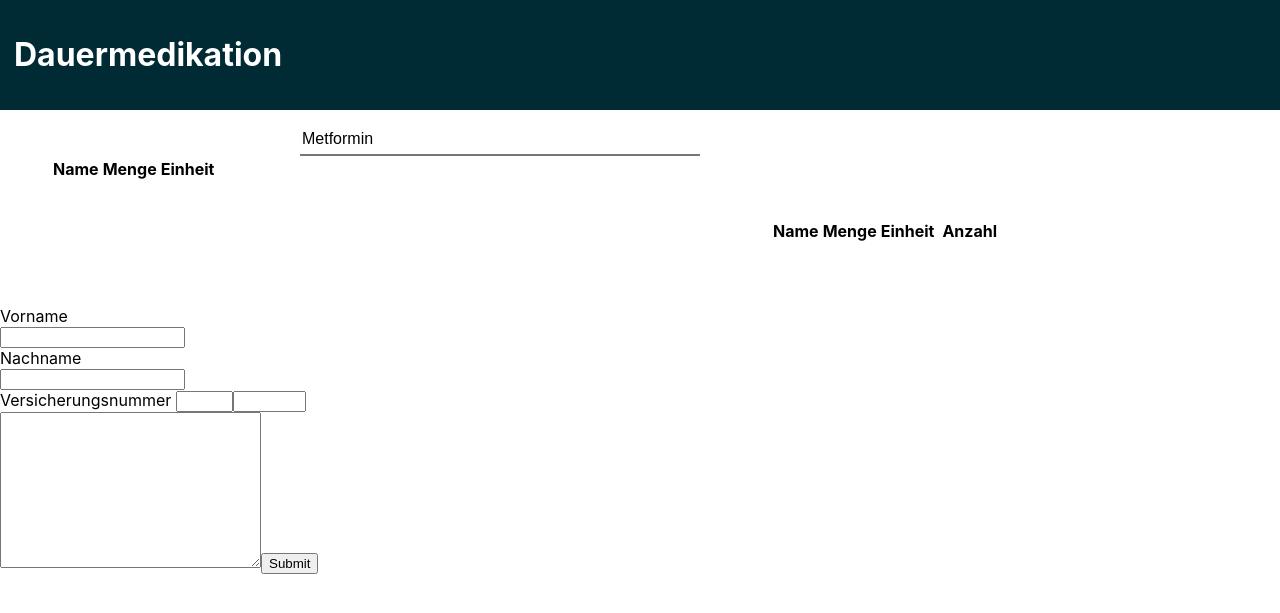
Repository: Esatollah/MedDemo
Page: / (app in client/)
An editor plug-in stored every save of this project. The page is shown before and after the next save, followed by the edit.
The browser window is 1280 px wide. The pictures show the whole page.
The page's requests for data from a server got no answer. The project was rebuilt for these pictures with package versions that can differ from the ones it lists, and the page was loaded fresh each time. No one was signed in, and anything a server would have sent is missing. Also part of the build but not shown: client/src/App.css, client/src/Routes/Bestellungen.jsx.

Above is the page before, as saved 2022-06-10 11:28:15.

After the next save:
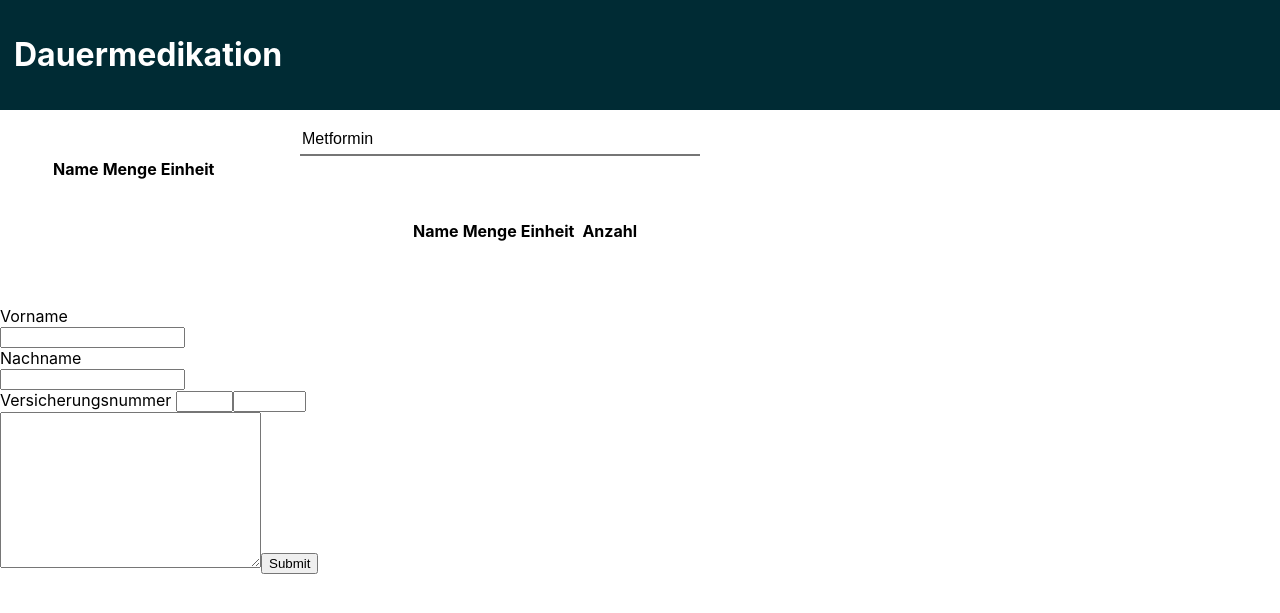
Saved 19 s later.
--- a/client/src/Styles/SearchStyles.js
+++ b/client/src/Styles/SearchStyles.js
@@ -25,7 +25,6 @@ export const SearchWrap = styled.div`
 .table-container {
     max-height: 200px;
     max-width: 80%;
-    min-width:80%;
     overflow-y: auto;
 }
 
